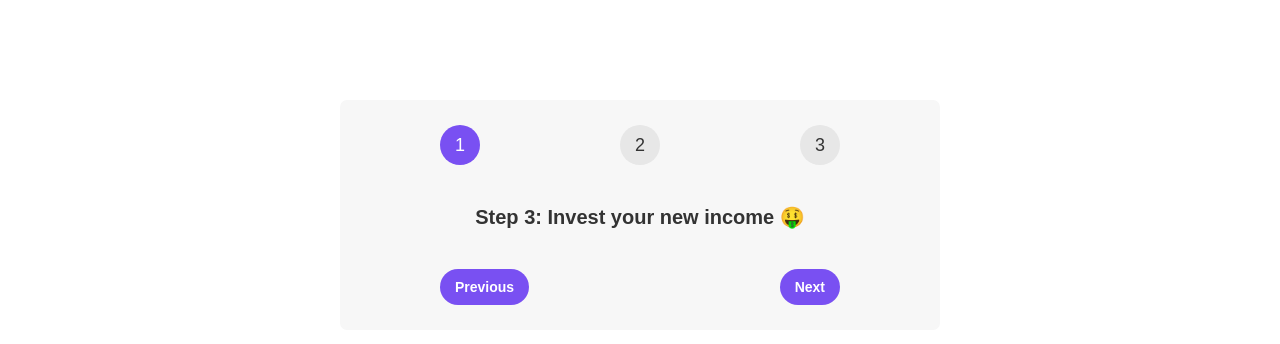
Repository: ahmedharidy/State-React-Practice
Page: /
These files come from the project's save history. The page is drawn as it stood at one moment and after the next save; the edit follows.
The browser window is 1280 px wide. The pictures show the whole page.
The project was rebuilt for these pictures with package versions that can differ from the ones it lists, and the page was loaded fresh each time.

Above is the page before, as saved 2026-09-25 11:16:10.

After the next save:
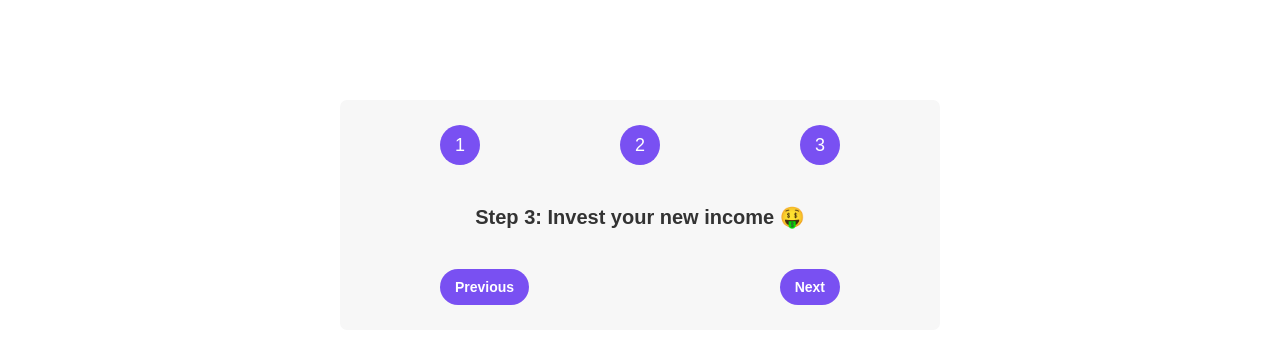
Saved 19 s later.
--- a/src/App.js
+++ b/src/App.js
@@ -10,8 +10,8 @@ export default function App() {
     <div className="steps">
       <div className="numbers">
         <div className={`${step >= 1 ? "active" : ""}`}>1</div>
-        <div>2</div>
-        <div>3</div>
+        <div className={`${step >= 2 ? "active" : ""}`}>2</div>
+        <div className={`${step >= 3 ? "active" : ""}`}>3</div>
       </div>
 
       <p className="message">
